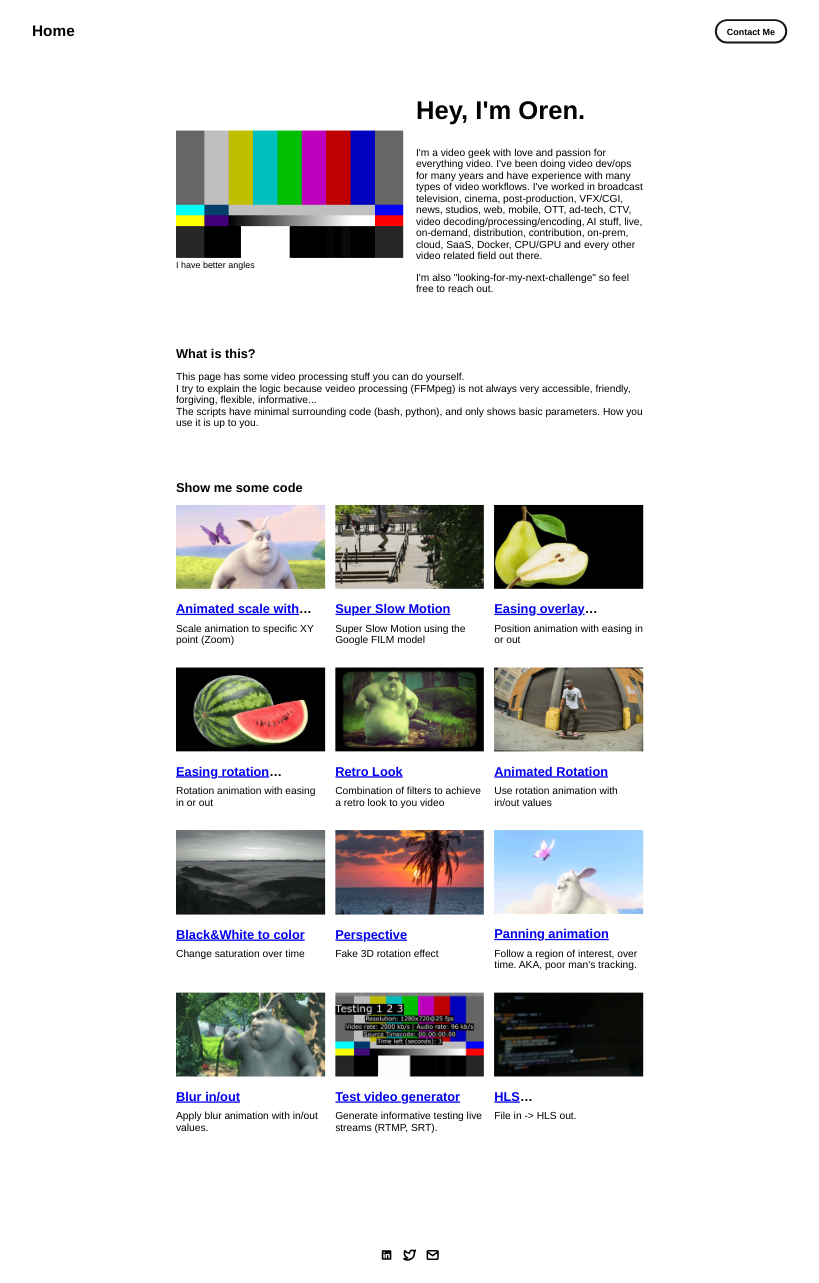
Repository: OrenShalmy/orenshalmy.github.io
Page: index.html
These files come from the project's save history. The page is drawn as it stood at one moment and after the next save; the edit follows.
The browser window is 1280 px wide. The pictures show the whole page, at 64% of full size.

Above is the page before, as saved 2024-09-12 22:46:46.

### index.html
<!DOCTYPE html>
<html lang="en">
	<head>
		<meta charset="utf-8">
    <link rel="icon" href="assets/media/SMPTE-s.png" />
		<title>Oren Shalmy</title>
    <meta name="description" content="Usefull FFmpeg code">
    <meta name="viewport" content="width=device-width, initial-scale=1" />

    <link rel="stylesheet" href="./css/layout.css">
    <link rel="stylesheet" href="./css/typography.css">
    <link rel="stylesheet" href="./css/utilities.css">

		<script defer src="./js/script.js"></script>
	</head>
	<body>
    <!-- NAVBAR -->
    <div class="navbar">
      <a class="nav-title-link" href="./index.html">
        <span class="nav-title">Home</span>
        <a class="button" href="mailto:orenshalmy@gmail.com">
          <span class="button-text">Contact Me</span>
        </a>
      </a>
    </div>

    <!-- MAIN PAGE CONTENT -->
    <div id="main-content">

      <!-- PORTFOLIO HEADER -->
      <div id="portfolio-header">
        <div id="portfolio-header-image-container">
          <img src="assets/media/SMPTE.png" class="portfolio-header-image">
          <a class="no-underline" target="_blank">
            <span class="image-caption">I have better angles</span>
          </a>
        </div>

        <div id="portfolio-header-text-container">
            <div class="header-text">
              <span class="main-title">Hey, I'm Oren.</span>
            </div>
          <div class="body-text">I'm a video geek with love and passion for everything video. I've been doing video dev/ops for many years and have experience with many types of video workflows.
            I've worked in broadcast television, cinema, post-production, VFX/CGI, news, studios, web, mobile, OTT, ad-tech, CTV, video decoding/processing/encoding, AI stuff, live, on-demand, distribution, contribution, on-prem, cloud, SaaS, Docker, CPU/GPU and every other video related field out there.
            <p>I'm also "looking-for-my-next-challenge" so feel free to reach out.
          </div>
        </div>
      </div>

      <!-- ABOUT SECTION -->
      <div id="about-section">
        <span class="subheader-text">What is this?</span>
        <div class="about-section-content">
          <div class="body-text">This page has some video processing stuff you can do yourself.<br>
            I try to explain the logic because veideo processing (FFMpeg) is not always very accessible, friendly, forgiving, flexible, informative...<br>
            The scripts have minimal surrounding code (bash, python), and only shows basic parameters. How you use it is up to you.<p>
          </div>
        </div>
      </div>

      <!-- MY WORK SECTION -->
      <div id="my-work-section">
        <span class="subheader-text">Show me some code</span>

        <div class="projects-container">

          <div class="project-card">
            <img src="assets/media/anim-scale.gif">
            <div class="project-card-text-container">
              <div class="subheader-text project-title"><a href="project-pages/animscale.html">Animated scale with zooming</a></div>
              <div class="body-text project-card-text">Scale animation to specific XY point (Zoom)</div>
            </div>
          </div>

          <div class="project-card">
            <img src="assets/media/ssm.gif">
          <div class="project-card-text-container">
            <div class="subheader-text project-title"><a href="project-pages/superslowmo.html">Super Slow Motion</a></div>
            <div class="body-text project-card-text">Super Slow Motion using the Google FILM model</div>
          </div>
        </div>

        <div class="project-card">
          <img src="assets/media/ease_pos.gif">
        <div class="project-card-text-container">
          <div class="subheader-text project-title"><a href="project-pages/ease_position.html">Easing overlay (position) animation</a></div>
          <div class="body-text project-card-text">Position animation with easing in or out</div>
        </div>
      </div>

        <div class="project-card">
          <img src="assets/media/ease_rot.gif">
        <div class="project-card-text-container">
          <div class="subheader-text project-title"><a href="project-pages/ease_rotation.html">Easing rotation animation</a></div>
          <div class="body-text project-card-text">Rotation animation with easing in or out</div>
        </div>
      </div>

          <div class="project-card">
              <img src="assets/media/retro.gif">
            <div class="project-card-text-container">
              <div class="subheader-text project-title"><a href="project-pages/retro.html">Retro Look</a></div>
              <div class="body-text project-card-text">Combination of filters to achieve a retro look to you video</div>
            </div>
          </div>

          <div class="project-card">
              <img src="assets/media/rotation.gif">
              <div class="project-card-text-container">
              <div class="subheader-text project-title"><a href="project-pages/animatedrotate.html">Animated Rotation</a></div>
              <div class="body-text project-card-text">Use rotation animation with in/out values</div>
            </div>
          </div>

          <div class="project-card">
              <img src="assets/media/eq.gif">
              <div class="project-card-text-container">
              <div class="subheader-text project-title"><a href="project-pages/saturation.html">Black&White to color</a></div>
              <div class="body-text project-card-text">Change saturation over time</div>
            </div>
          </div>

          <div class="project-card">
              <img src="assets/media/skew.gif">
              <div class="project-card-text-container">
                  <div class="subheader-text project-title"><a href="project-pages/skew.html">Perspective</a></div>
                  <div class="body-text project-card-text">Fake 3D rotation effect</div>
              </div>
            </div>

          <div class="project-card">
              <img src="assets/media/track.gif">
              <div class="project-card-text-container">
              <div class="subheader-text project-title"><a href="project-pages/pan.html">Panning animation</a></div>
              <div class="body-text project-card-text">Follow a region of interest, over time. AKA, poor man's tracking. </div>
            </div>
          </div>

          <div class="project-card">
              <img src="assets/media/blur.gif">
              <div class="project-card-text-container">
              <div class="subheader-text project-title"><a href="project-pages/blur.html">Blur in/out</a></div>
              <div class="body-text project-card-text">Apply blur animation with in/out values. </div>
            </div>
          </div>

          <div class="project-card">
              <img src="assets/media/testpattern.gif">
              <div class="project-card-text-container">
              <div class="subheader-text project-title"><a href="project-pages/testpattern.html">Test video generator</a></div>
              <div class="body-text project-card-text">Generate informative testing live streams (RTMP, SRT).</div>
            </div>
          </div>

          <div class="project-card">
              <img src="assets/media/hls.gif">
              <div class="project-card-text-container">
                  <div class="subheader-text project-title"><a href="project-pages/hls.html">HLS transcoder/packager</a></div>
                  <div class="body-text project-card-text">File in -> HLS out.</div>
              </div>
          </div>

          <!-- <div class="project-card">
              <img src="assets/media/zoomscene.gif">
              <div class="project-card-text-container">
                  <div class="subheader-text project-title"><a href="project-pages/zoomscene.html">Zoom scene</a></div>
                  <div class="body-text project-card-text">play - zoom-in - pause - zoom-out - play.</div>
              </div>
          </div> -->


        </div>
      </div>
    </div>

    <!-- FOOTER -->
    <div id="footer">
      <a class="icon-link" target="_blank" href="https://www.linkedin.com/in/orenshalmy/">
        <image src="../assets/icons/LinkedIn.svg" class="footer-icon"/>
      </a>
      <a class="icon-link" target="_blank" href="https://twitter.com/orenshalmy">
        <image src="../assets/icons/twitter.svg" class="footer-icon"/>
      </a>
      <a class="icon-link" href="mailto:orenshalmy@gmail.com">
        <image src="../assets/icons/mail.svg" class="footer-icon"/>
      </a>
    </div>
	</body>
</html>

### css/layout.css
* {
  box-sizing: border-box;
}

html {
  text-size-adjust: none;
  -webkit-text-size-adjust: none;
  -moz-text-size-adjust: none;
  -ms-text-size-adjust: none;
}

body {
  margin: 0;
  -webkit-font-smoothing: antialiased;
  -moz-osx-font-smoothing: grayscale;
}




/* Main Page Layout */

#main-content {
  margin: 100px 425px;
  display: flex;
  flex-direction: column;
  gap: 64px;
}

/* Portfolio Header */

#portfolio-header {
  display: flex;
  gap: 20px;
  align-items: center;
}

#portfolio-header-image-container {
  display: flex;
  flex-direction: column;
  gap: 2px;
  flex-basis: 50%;
}

.portfolio-header-image {
  width: 100%;
  height: auto;
}

#portfolio-header-text-container {
  display: flex;
  flex-direction: column;
  gap: 34px;
  flex-basis: 50%;
}




/* About Section */

#about-section {
  display: flex;
  flex-direction: column;
  gap: 16px;
}

.about-section-content {
  display: flex;
  flex-direction: column;
  gap: 34px;
}




/* Project Section */

#my-work-section {
  display: flex;
  flex-direction: column;
  gap: 16px;
}

.projects-container {
  display: flex;
  gap: 34px 16px;
  flex-wrap: wrap;
}

    /* Project Cards */

    .project-card {
      max-width: calc((100% - 32px) / 3);
      display: flex;
      flex-direction: column;
      gap: 20px;
    }

    .project-card-text-container {
      flex-direction: column;
      display: flex;
      gap: 10px
    }

    .project-image {
      width: 100%;
      height: 200px;
      object-fit: cover;
      object-position: center;
    }




/* Project Pages */

#project-header {
  display: flex;
  flex-direction: column;
  gap: 16px;
}

.project-header-image {
  width: 100%;
  height: auto;
}

#project-details {
  display: flex;
  flex-direction: column;
  /*gap: 10px;*/
}

.project-details-content {
  display: flex;
  flex-direction: column;
  /*gap: 34px;*/
}

    /* Project Gallery */

    #project-gallery {
      display: flex;
      flex-direction: column;
      gap: 16px;
    }

    .project-gallery-content {
      display: flex;
      flex-wrap: wrap;
      gap: 34px 16px;
    }

    .gallery-image-container {
      width: 100%;
      display: flex;
      flex-direction: column;
      gap: 10px;
    }

    .gallery-image-container.half-width {
      width: calc((100% - 16px) / 2);
    }

    .gallery-image {
      width: 100%;
      height: auto;
    }


/* Extra Extra large devices (large laptops and desktops, 1200px and below) */
@media only screen and (max-width: 1600px) {
  #main-content {
    margin: 150px 275px;
  }
}

/* Extra large devices (large laptops and desktops, 1200px and below) */
@media only screen and (max-width: 1200px) {
  #main-content {
    margin: 150px 175px;
  }
}

/* Large devices (laptops/desktops, 1000px and below) */
@media only screen and (max-width: 1000px) {
  #main-content {
    margin: 150px 75px;
  }
}

/* Small devices (portrait tablets and large phones, 800px and below) */
@media only screen and (max-width: 800px) {
  #main-content {
    margin: 150px 50px;
  }

  #portfolio-header {
    flex-direction: column;
  }

  .project-card {
    max-width: calc((100% - 16px) / 2);
  }
}

/* Small devices (portrait tablets and large phones, 600px and below) */
@media only screen and (max-width: 600px) {
  #main-content {
    margin: 125px 20px;
  }

  .project-card {
    max-width: 100%;
  }
}

/* highlight JS Line Numbers */
.hljs-ln-numbers {
  -webkit-touch-callout: none;
  -webkit-user-select: none;
  -khtml-user-select: none;
  -moz-user-select: none;
  -ms-user-select: none;
  user-select: none;

  text-align: center;
  color: #ccc;
  border-right: 1px solid #CCC;
  vertical-align: top;
  padding-right: 5px;

  /* your custom style here */
}

/* for block of code */
.hljs-ln-code {
  padding-left: 10px;
}

### css/typography.css
body {
  font-family: "Helvetica Neue", Helvetica, Arial, sans-serif;
}

.nav-title {
  font-weight: 700;
  font-size: 24px;
}

.button-text {
  font-size: 14px;
  font-weight: 700;
}

.image-caption {
  font-size: 14px;
  font-weight: 500;
}

.main-title {
  font-size: 40px;
  font-weight: 700;
}

.subheader-text {
  font-size: 20px;
  font-weight: 700;
}

.body-text {
  font-size: 16px;
  font-weight: 500;
}

.on-line-text {
  font-size: 16px;
  font-weight: bold;
}

.project-card-text {
  overflow: hidden;
  text-overflow: ellipsis;
  display: -webkit-box;
  -webkit-line-clamp: 4;
  -webkit-box-orient: vertical;
}

.project-title {
  overflow: hidden;
  text-overflow: ellipsis;
  display: -webkit-box;
  -webkit-line-clamp: 1;
  -webkit-box-orient: vertical;
}

### css/utilities.css

/* Icons */

.right-arrow-icon {
  width: 16px;
  height: 16px;
  margin-top: 1px;
}

.footer-icon {
  width: 20px;
  height: 20px;
}

a.icon-link {
  transition: transform 200ms ease-in-out;
}

a.icon-link:hover {
  cursor: pointer;
  stroke-width: 5;
  margin: 0;
  transform: rotate(15deg);
}


/* Navbar Styling */

.navbar {
  width: 100%;
  padding: 30px 50px;
  display: flex;
  justify-content: space-between;
  align-items: center;
  position: fixed;
  top: 0;
  left: 0;
}

.nav-title-link {
  color: black;
  text-decoration: none;
}

.nav-title-link:hover {
  text-decoration: underline;
}

/* Small devices (portrait tablets and large phones, 800px and below) */
@media only screen and (max-width: 800px) {
  .navbar {
    padding: 20px 20px;
    background-color: white
  }
}


/* Button Styling */

a.button {
  padding: 8px 16px;
  border: 3px solid #141414;
  border-radius: 50px;
  color: black;
  text-decoration: none;
  width: fit-content;
  display: flex;
  gap: 5px;
  align-items: center;
}

a.button:hover {
  text-decoration: underline;
  text-decoration-thickness: 2px;
  cursor: pointer;
}


/* Footer Styling */

#footer {
  width: 100%;
  display: flex;
  padding: 30px 50px;
  justify-content: center;
  align-items: center;
  gap: 16px;
}

/* Link Styling */
a.no-underline {
  text-decoration: none;
  color: black
}

a.no-underline:hover {
  text-decoration: underline;
  cursor: pointer;
}

/* Small devices (portrait tablets and large phones, 800px and below) */
@media only screen and (max-width: 800px) {
  #footer {
    padding: 20px 20px;
  }
}

Loaded but not shown: js/script.js (common file)

After the next save:
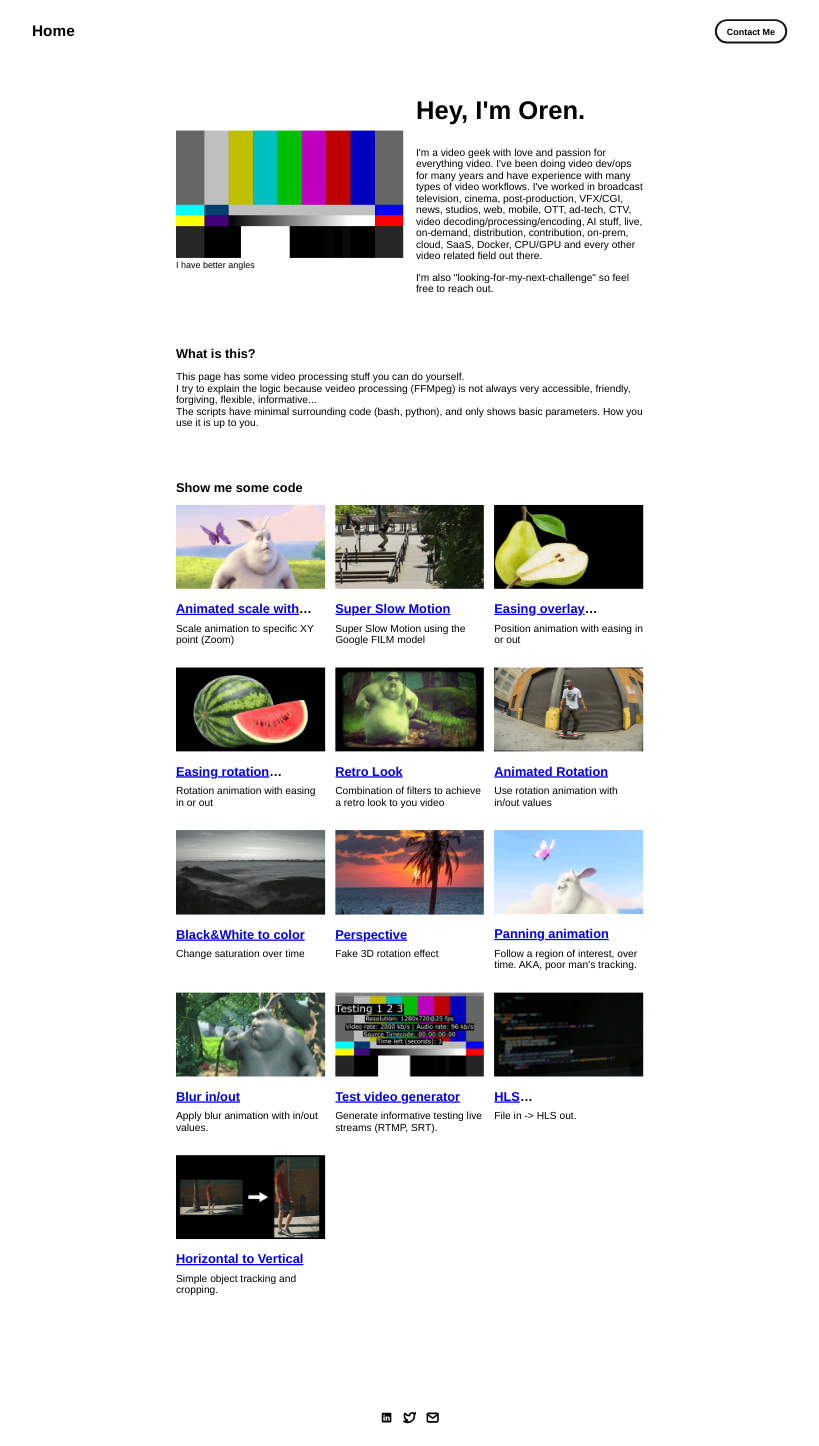
Saved 13 h 26 min later.
--- a/index.html
+++ b/index.html
@@ -160,6 +160,14 @@
               </div>
           </div>
 
+          <div class="project-card">
+            <img src="assets/media/h2v.gif">
+            <div class="project-card-text-container">
+                <div class="subheader-text project-title"><a href="project-pages/h2v.html">Horizontal to Vertical</a></div>
+                <div class="body-text project-card-text">Simple object tracking and cropping.</div>
+            </div>
+        </div>
+
           <!-- <div class="project-card">
               <img src="assets/media/zoomscene.gif">
               <div class="project-card-text-container">
